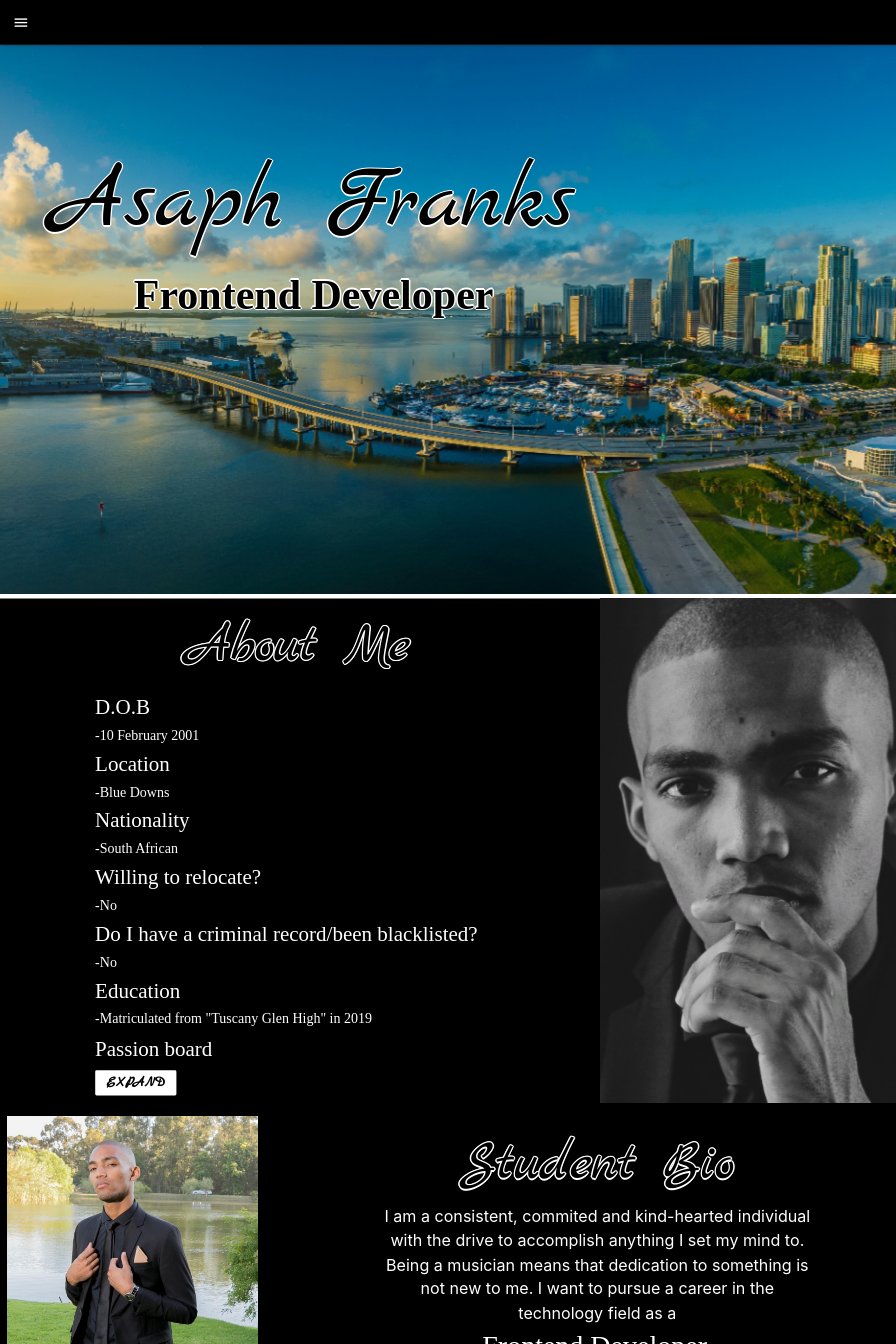
Repository: Ajtheult/portfolio.v3
Page: /portfolio-v3
These files come from the project's save history. The page is drawn as it stood at one moment and after the next save; the edit follows.
The browser window is 1280 px wide. The pictures show the part of the page from y = 0 to 1920 px (the page is 2675 px tall), at 70% of full size.
Some web fonts or font styles are not loaded; a fallback is used. The project was rebuilt for these pictures with package versions that can differ from the ones it lists, and the page was loaded fresh each time. Also part of the build but not shown: src/components/layout/pages/Skills.js, src/components/layout/pages/MyWork.js, src/components/layout/pages/Testimonials.js.

Above is the page before, as saved 2020-08-11 14:29:07.

### public/index.html
<!DOCTYPE html>
<html lang="en">
  <head>
    <meta charset="utf-8" />
    <link rel="icon" href="%PUBLIC_URL%/favicon.ico" />
    <meta name="viewport" content="width=device-width, initial-scale=1" />
    <meta name="theme-color" content="#000000" />
    <meta
      name="description"
      content="Web site created using create-react-app"
    />

    <link rel="manifest" href="%PUBLIC_URL%/manifest.json" />
    <link
      href="https://fonts.googleapis.com/css2?family=Marck+Script&display=swap"
      rel="stylesheet"
    />
    <link
      href="https://fonts.googleapis.com/css2?family=Gruppo&display=swap"
      rel="stylesheet"
    />
    <link rel="manifest" href="%PUBLIC_URL%/manifest.json" />

    <link
      rel="stylesheet"
      href="https://fonts.googleapis.com/icon?family=Material+Icons"
    />

    <link
      rel="stylesheet"
      href="https://use.fontawesome.com/releases/v5.7.2/css/all.css"
      integrity="sha384-fnmOCqbTlWIlj8LyTjo7mOUStjsKC4pOpQbqyi7RrhN7udi9RwhKkMHpvLbHG9Sr"
      crossorigin="anonymous"
    />
    <title>Asaph Franks portfolio</title>
  </head>
  <body>
    <noscript>You need to enable JavaScript to run this app.</noscript>
    <div id="root"></div>
  </body>
</html>

### src/index.js
import React from "react";
import ReactDOM from "react-dom";
import App from "./App";
import "materialize-css/dist/css/materialize.min.css";

ReactDOM.render(
  <React.StrictMode>
    <App />
  </React.StrictMode>,
  document.getElementById("root")
);

### src/App.js
import React from "react";

import { Home } from "./components/layout/pages/Home";
import { Skills } from "./components/layout/pages/Skills";
import { MyWork } from "./components/layout/pages/MyWork";
import { Testimonials } from "./components/layout/pages/Testimonials";
import Navbar from "./components/layout/navbar/Navbar";

import { BrowserRouter as Router, Route, Switch } from "react-router-dom";
import "./App.css";

function App() {
  return (
    <Router>
      <div className="App">
        <Navbar />

        <Switch>
          <Route exact path="/portfolio-v3" component={Home} />
          <Route path="/skills" component={Skills} />
          <Route path="/mywork" component={MyWork} />
          <Route path="/testimonials" component={Testimonials} />
        </Switch>
      </div>
    </Router>
  );
}

export default App;

### src/components/layout/pages/Home.js
import React from "react";
import background1 from "../resources/background1.jpg";
import me from "../resources/me.jpeg";
import me2 from "../resources/me2.jpg";
import M from "materialize-css";
import "../../../App.css";
import { Parallax } from "react-parallax";

export const Home = () => {
  document.addEventListener("DOMContentLoaded", function () {
    var elems = document.querySelectorAll(".modal");
    // eslint-disable-next-line
    var instances = M.Modal.init(elems, {});
  });

  return (
    <div className="colour_of_about_text">
      <Parallax bgImage={background1} strength={400}>
        <div style={{ height: 720 }}>
          <div className="style_for_landingpage">
            <h1 className="intro_name_top center">Asaph Franks</h1>
            <h4 className="intro_name_bottom center">Frontend Developer</h4>
          </div>
        </div>
      </Parallax>
      <div style={{ height: "1vh" }} className="white move_the_con" />
      <div className="row">
        <div className="col s8">
          {" "}
          {/* Information on About page-Start */}
          <div className="container">
            <h1 className="about-title" id="about">
              About Me
            </h1>

            <h5 className="my_info">D.O.B</h5>
            <p className="my_info_2">-10 February 2001</p>
            <h5 className="my_info"> Location </h5>
            <p className="my_info_2">-Blue Downs</p>
            <h5 className="my_info">Nationality</h5>
            <p className="my_info_2">-South African</p>
            <h5 className="my_info">Willing to relocate?</h5>
            <p className="my_info_2">-No</p>
            <h5 className="my_info">
              Do I have a criminal record/been blacklisted?
            </h5>
            <p className="my_info_2">-No</p>
            <h5 className="my_info">Education</h5>
            <p className="my_info_2">
              -Matriculated from "Tuscany Glen High" in 2019
            </p>
            <h4 className="my_info">Passion board</h4>
            <div className="my_info_3">
              <a
                className="waves-effect waves-light btn modal-trigger white"
                href="#modal1"
              >
                <p className="black_text margin_on_top">Expand</p>
              </a>
              <div id="modal1" className="modal bottom-sheet">
                <div className="modal-content">
                  <h4 className="black_text passion_heading">Passion Board</h4>
                  <div className="black_text">
                    {" "}
                    <h4 className="passion_content">-Music</h4>
                    <h4 className="passion_content">-Playing Video games</h4>
                    <h4 className="passion_content">-Playing Table Tennis</h4>
                    <h4 className="passion_content">-Watching anime</h4>
                    <h4 className="passion_content">-Drawing</h4>
                  </div>
                </div>
              </div>
            </div>
          </div>
          {/* Information on About page-Start */}
        </div>
        <div>
          <Parallax
            bgImage={me}
            strength={700}
            style={{ width: "33%" }}
            className="right"
          >
            <div style={{ height: "100vh" }}></div>
          </Parallax>
        </div>
      </div>

      <div className="row">
        <div className="col s5">
          <Parallax bgImage={me2} strength={150} style={{ width: "70%" }}>
            <div style={{ height: 700 }}>
              <div className="intro_name style_for_landingpage"></div>
            </div>
          </Parallax>
        </div>

        <div className="col s7 about_container" style={{ width: "50%" }}>
          <h6 className="about-title center">Student Bio</h6>
          <p className="student_bio ">
            I am a consistent, commited and kind-hearted individual with the
            drive to accomplish anything I set my mind to. Being a musician
            means that dedication to something is not new to me. I want to
            pursue a career in the technology field as a <br />
            <strong className="big_frontend">
              Frontend Developer.
            </strong> <br /> I have always been fascinated with computers as a
            child. I would sit on my mother's laptop and find it so cool to
            navigate my way into every folder even though there was always a
            dead end. I became passionate about coding at the end of grade 12
            when my friend told me about how cool coding is and I tried it out.
            I then built my own site with basic HTML.
          </p>
        </div>
      </div>
      {/* Contact section */}
      <div style={{ height: "1vh" }} className="white move_the_con" />
      <footer style={{ fontFamily: "Times" }} className="page-footer black">
        <div className="container" id="contact">
          <div className="row">
            <h1 className="contact-title">Contact</h1>
            <div className="col l6 s12">
              {" "}
              <div className="logos">
                <i className="fab fa-codepen">
                  {" "}
                  <a
                    href="https://codepen.io/ajtheult"
                    rel="noopener noreferrer"
                    target="_blank"
                  >
                    Codepen&nbsp;
                  </a>{" "}
                </i>
                <i className="fab fa-github">
                  {" "}
                  <a
                    href="https://github.com/Ajtheult"
                    rel="noopener noreferrer"
                    target="_blank"
                  >
                    Github&nbsp;
                  </a>{" "}
                </i>
                <i className="fab fa-linkedin">
                  {" "}
                  <a
                    href="https://www.linkedin.com/in/asaph-franks-307a231a5/"
                    rel="noopener noreferrer"
                    target="_blank"
                  >
                    Linkedin&nbsp;
                  </a>{" "}
                </i>
                <i className="fab fa-facebook-square">
                  {" "}
                  <a
                    href="https://www.facebook.com/asaph.franks.7/"
                    rel="noopener noreferrer"
                    target="_blank"
                  >
                    Facebook&nbsp;
                  </a>{" "}
                </i>
                <i className="fab fa-instagram">
                  {" "}
                  <a
                    href="https://www.instagram.com/aj_the_ultimate/?fbclid=IwAR1maxejej29IRwM2tTQavtbmTC9TFLbAwZoi52WwiJhzLvcEucPXSZHX2o"
                    rel="noopener noreferrer"
                    target="_blank"
                  >
                    Instagram&nbsp;
                  </a>{" "}
                </i>
              </div>
            </div>
            <div className="col l6 s12" style={{ marginTop: "-10px" }}>
              <a
                className="left size_of_email"
                href="mailto:asaphfranksboi@gmail.com"
                rel="noopener noreferrer"
                target="_blank"
              >
                Email Me
              </a>

              <h5 className="move_num_down">Phone Number: 0685414197</h5>
            </div>
            {/* Contact details and icons */}
          </div>
        </div>
      </footer>
    </div>
  );
};

### src/components/layout/navbar/Navbar.js
/* eslint-disable no-unused-vars */
import React, { Component } from "react";
import M from "materialize-css/dist/js/materialize.min.js";
import me from "./me.jpg";
import music from "./music.jpg";
import "../../../App.css";
import { Link } from "react-router-dom";

export class Navbar extends Component {
  componentDidMount() {
    document.addEventListener("DOMContentLoaded", function () {
      var elems = document.querySelectorAll(".sidenav");
      var instances = M.Sidenav.init(elems, {});
    });
  }

  render() {
    return (
      <div>
        <nav className="navbar">
          <div className="nav-wrapper colour">
            <a
              href="#home"
              data-target="slide-out"
              className="sidenav-trigger show-on-large"
            >
              <i className="material-icons">menu</i>
            </a>
          </div>
        </nav>

        <ul id="slide-out" className="sidenav sidenav-close">
          <li>
            <div className="user-view">
              <div className="background">
                <img className="background_img" src={music} alt="img" />
              </div>

              <img className="circle" src={me} alt="img of me" />

              <span className="black-text name move_me">Asaph Franks</span>

              <span className="black-text email  move_me">
                Asaphfranksboi@gmail.com
              </span>
            </div>
            {/* Change font so that the name can be better read */}
          </li>
          <Link to="/portfolio-v3">
            <br />
            <li className="colour_of_nav">Home</li>
          </Link>{" "}
          <br />
          <Link to="/skills">
            <li className="colour_of_nav">Skills</li>
          </Link>
          <br />
          <Link to="/mywork">
            <li className="colour_of_nav">Work</li>
          </Link>
          <br />
          <Link to="/testimonials">
            <li className="colour_of_nav">Testimonials</li>
          </Link>
        </ul>
      </div>
    );
  }
}

export default Navbar;

### src/App.css
.App {
  text-align: center;
}

body {
  background-color: black;
  color: white;
}
.background_img {
  width: 100%;
  height: 100%;
}

.move_me {
  text-align: left;
}

.colour {
  background-color: black;
}

img.bg {
  min-height: 100%;
  min-width: 1024px;
  width: 100%;
  height: auto;
  position: fixed;
  top: 0;
  left: 0;
  z-index: -1;
}

div.admin-bg {
  position: fixed;
  top: 0;
  left: 0;
  z-index: -1;
  background-color: black;
}

@media screen and (max-width: 1024px) {
  img.bg {
    left: 50%;
    margin-left: -512px;
  }
}

.intro_name_top {
  font-family: "Marck Script", cursive;
  font-size: 130px;
  color: black;
  text-shadow: 2px 0 0 #fff, -2px 0 0 #fff, 0 2px 0 #fff, 0 -2px 0 #fff,
    1px 1px #fff, -1px -1px 0 #fff, 1px -1px 0 #fff, -1px 1px 0 #fff;
}

.intro_name_bottom {
  font-size: 60px;
  color: #000000;
  font-weight: bold;
  text-shadow: 2px 0 0 #fff, -2px 0 0 #fff, 0 2px 0 #fff, 0 -2px 0 #fff,
    1px 1px #fff, -1px -1px 0 #fff, 1px -1px 0 #fff, -1px 1px 0 #fff;
  font-family: "Gruppo", cursive;
}
.testimonial_title {
  font-family: "Marck Script", cursive;
  margin-top: 80px;
  color: black;
  font-size: 80px;
  text-shadow: 2px 0 0 #fff, -2px 0 0 #fff, 0 2px 0 #fff, 0 -2px 0 #fff,
    1px 1px #fff, -1px -1px 0 #fff, 1px -1px 0 #fff, -1px 1px 0 #fff;
}

.logos {
  text-align: left;
  font-size: 30px;
}

.contact-title {
  margin-top: -5px;
  font-family: "Marck Script", cursive;
  font-size: 90px;
  color: black;
  text-shadow: 2px 0 0 #fff, -2px 0 0 #fff, 0 2px 0 #fff, 0 -2px 0 #fff,
    1px 1px #fff, -1px -1px 0 #fff, 1px -1px 0 #fff, -1px 1px 0 #fff;
}

.about-title {
  margin-top: 25px;
  font-family: "Marck Script", cursive;
  font-size: 80px;
  color: black;
  text-shadow: 2px 0 0 #fff, -2px 0 0 #fff, 0 2px 0 #fff, 0 -2px 0 #fff,
    1px 1px #fff, -1px -1px 0 #fff, 1px -1px 0 #fff, -1px 1px 0 #fff;
}

.student_bio {
  margin-top: 2%;
  font-size: 23px;
}

.big_frontend {
  font-size: 40px;
  font-family: "Gruppo", cursive;
}

.move_the_name {
  margin-top: -12px;
  font-size: 20px;
  font-weight: bold;
}

.enlarge_paragraph {
  font-size: 22px;
  font-family: "Times New Roman", Times, serif;
}

.my_info {
  font-size: 30px;
  text-align: left;
  font-family: "Gruppo", cursive;
}

.my_info_2 {
  font-size: 20px;
  text-align: left;
  line-height: 8px;
  font-family: "Times New Roman", Times, serif;
}

.my_info_3 {
  font-size: 25px;
  text-align: left;
  line-height: 8px;
  font-family: "Times New Roman", Times, serif;
}

.black_text {
  color: black;
}

.passion_heading {
  text-align: center;
  font-family: "Marck Script", cursive;
  font-size: 45px;
}

.passion_content {
  font-family: "Gruppo", cursive;
  font-weight: bold;
  line-height: 25px;
}

.margin_on_top {
  margin-top: 1px;
  font-size: 20px;
  font-family: "Marck Script", cursive;
  font-weight: bold;
}

.my_work_desc {
  font-size: 20px;
  font-family: "Times New Roman", Times, serif;
}

.my_work_title {
  font-family: "Gruppo", cursive;
  color: black;
  font-size: 30px;
}

.link-size {
  font-size: 40px;
  margin-top: -40px;
  padding: 1%;
  text-align: left;
  margin-left: 60px;
  font-family: "Gruppo", cursive;
  color: blue;
}

.button_margin {
  margin-top: 5px;
}

.work_title {
  font-family: "Marck Script", cursive;
  color: black;
  font-size: 50px;
  text-shadow: 2px 0 0 #fff, -2px 0 0 #fff, 0 2px 0 #fff, 0 -2px 0 #fff,
    1px 1px #fff, -1px -1px 0 #fff, 1px -1px 0 #fff, -1px 1px 0 #fff;
}

.colour_of_nav {
  color: black;
  margin-top: -30px;
}

.style_for_landingpage {
  margin-top: 10%;

  padding: 50px;
  width: 70%;
  transform: "translate(-50%, -50%)";
}

.skills_li {
  position: relative;
  list-style: none;
  margin: 50px 0;
  font-weight: 500;
  text-transform: uppercase;
}

.skills_li:before {
  content: "";
  position: absolute;
  top: calc(100% + 10px);
  left: 0;
  width: 100%;
  height: 15px;
  background-color: rgba(54, 126, 223, 0.5);
  border-radius: 1000px;
}

.skills_li:after {
  content: "";
  position: absolute;
  top: calc(100% + 10px);
  left: 0;
  width: 0;
  height: 15px;
  background-color: rgba(54, 126, 223, 1);
  border-radius: 1000px;
  animation-duration: 0.7s;
  animation-timing-function: ease;
  animation-fill-mode: forwards;
}

.html:after {
  animation-name: html;
}

@keyframes html {
  to {
    width: 80%;
  }
}

.css:after {
  animation-name: css;
}

@keyframes css {
  to {
    width: 63%;
  }
}

.js:after {
  animation-name: js;
}

@keyframes js {
  to {
    width: 35%;
  }
}

.py:after {
  animation-name: py;
}

@keyframes py {
  to {
    width: 35%;
  }
}

.sql:after {
  animation-name: sql;
}

@keyframes sql {
  to {
    width: 28%;
  }
}

.react:after {
  animation-name: react;
}

@keyframes react {
  to {
    width: 53%;
  }
}

.skills_text {
  font-family: "Marck Script", cursive;
  color: black;
  font-size: 30px;
  text-shadow: 1px 0 0 #fff, -2px 0 0 #fff, 0 2px 0 #fff, 0 -2px 0 #fff,
    1px 1px #fff, -1px -1px 0 #fff, 1px -1px 0 #fff, -1px 1px 0 #fff;
  margin-top: -20px;
}

.skills_heading {
  font-family: "Marck Script", cursive;
  color: black;
  font-size: 60px;
  text-shadow: 1px 0 0 #fff, -2px 0 0 #fff, 0 2px 0 #fff, 0 -2px 0 #fff,
    1px 1px #fff, -1px -1px 0 #fff, 1px -1px 0 #fff, -1px 1px 0 #fff;
  margin-top: 20px;
}

.container_properties {
  width: 55%;
  margin: 50px auto 0;
  padding: 20px;
  line-height: 55px;
}

.decrease_container_size {
  width: 60%;
}
.size_of_email {
  font-size: 30px;
  margin-top: 10px;
}

.move_num_down {
  margin-top: 20px;
}

.move_github_button {
  margin-left: -50px;
}

.navbar {
  position: fixed;
  top: 0;
  width: 100%;
  z-index: 2;
}

After the next save:
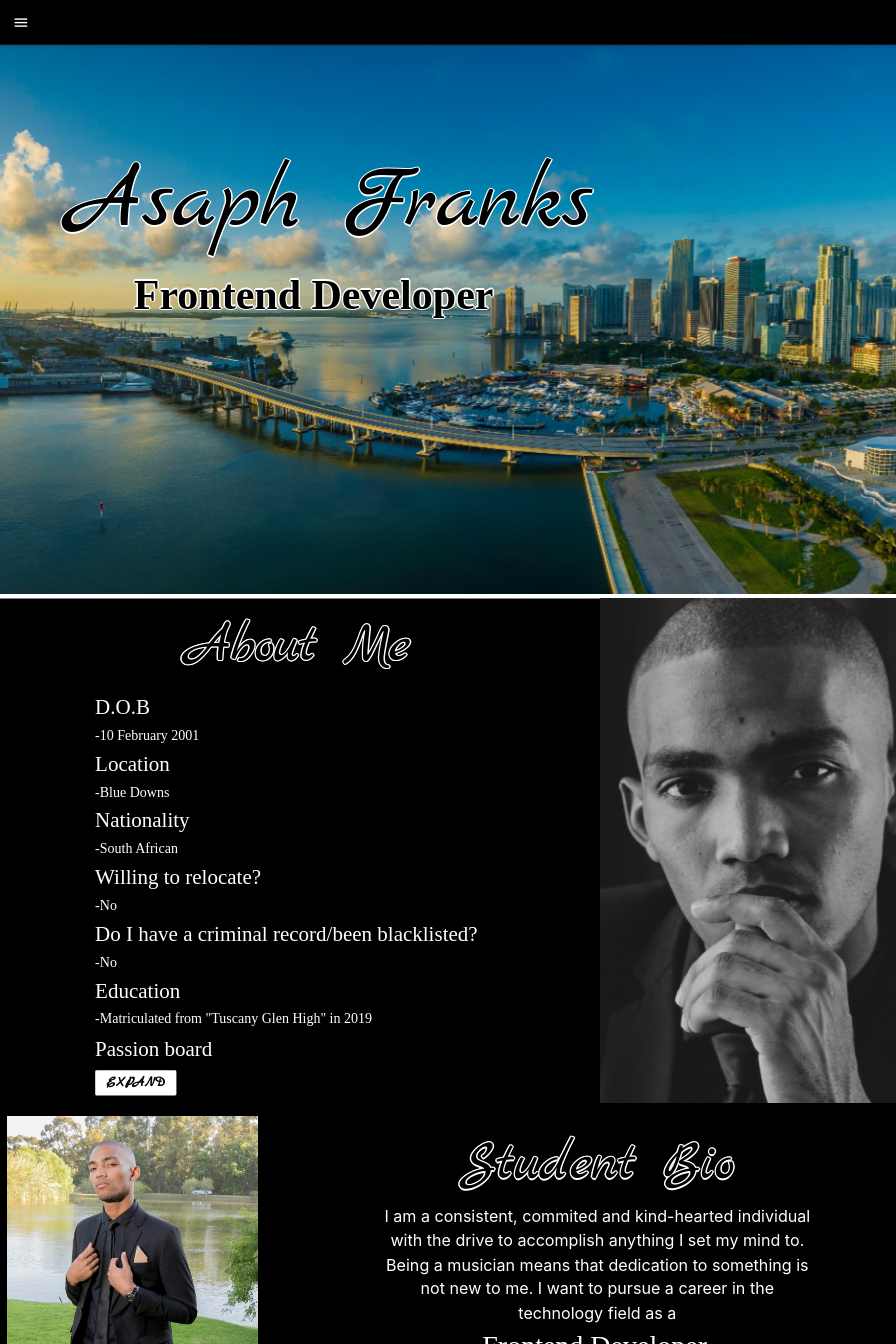
Saved 13 s later.
--- a/src/components/layout/pages/Home.js
+++ b/src/components/layout/pages/Home.js
@@ -18,7 +18,7 @@
       <Parallax bgImage={background1} strength={400}>
         <div style={{ height: 720 }}>
           <div className="style_for_landingpage">
-            <h1 className="intro_name_top center">Asaph Franks</h1>
+            <h1 className="intro_name_top right">Asaph Franks</h1>
             <h4 className="intro_name_bottom center">Frontend Developer</h4>
           </div>
         </div>

After the save that followed:
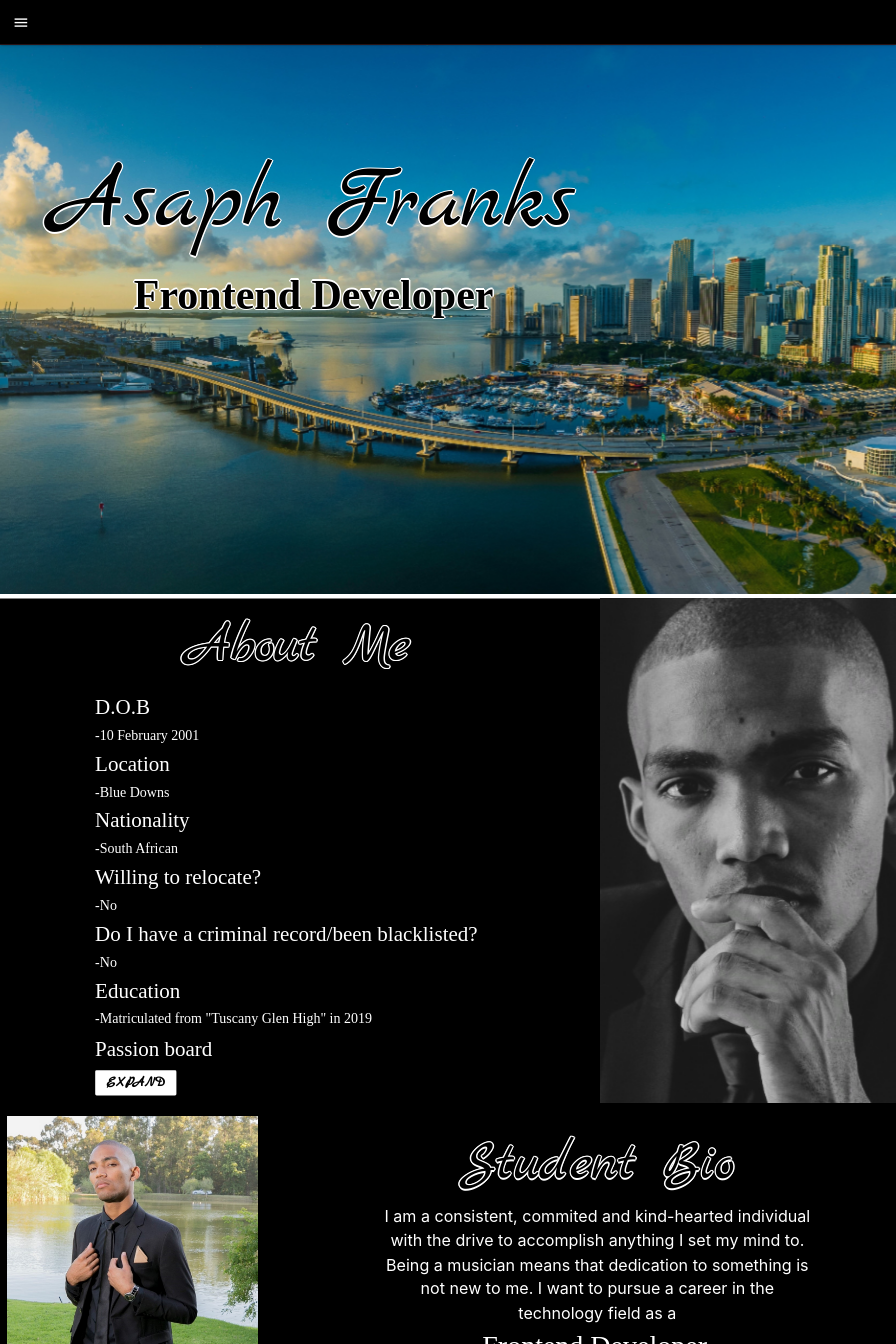
Saved 9 s later.
--- a/src/components/layout/pages/Home.js
+++ b/src/components/layout/pages/Home.js
@@ -18,8 +18,8 @@
       <Parallax bgImage={background1} strength={400}>
         <div style={{ height: 720 }}>
           <div className="style_for_landingpage">
-            <h1 className="intro_name_top right">Asaph Franks</h1>
-            <h4 className="intro_name_bottom center">Frontend Developer</h4>
+            <h1 className="intro_name_top">Asaph Franks</h1>
+            <h4 className="intro_name_bottom">Frontend Developer</h4>
           </div>
         </div>
       </Parallax>
